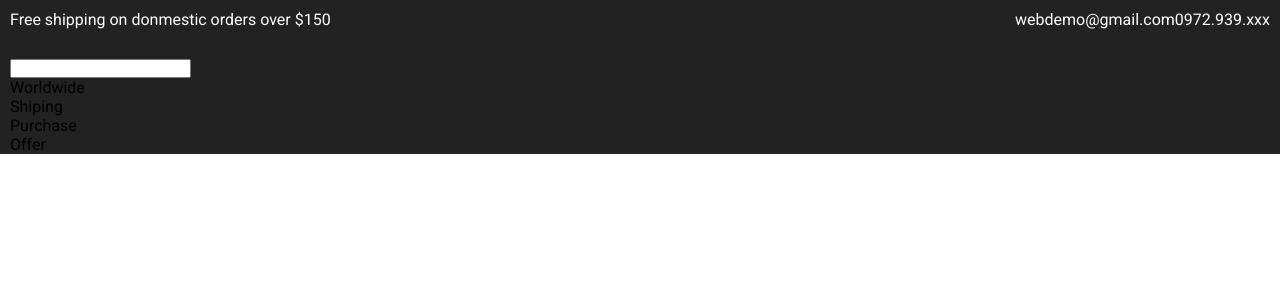
Repository: ldminh95/demo01
Page: index.html
These files come from the project's save history. The page is drawn as it stood at one moment and after a run of saves; the edit follows.
The browser window is 1280 px wide. The pictures show the whole page.

Above is the page before, as saved 2023-09-09 15:52:41.

After the next 2 saves:
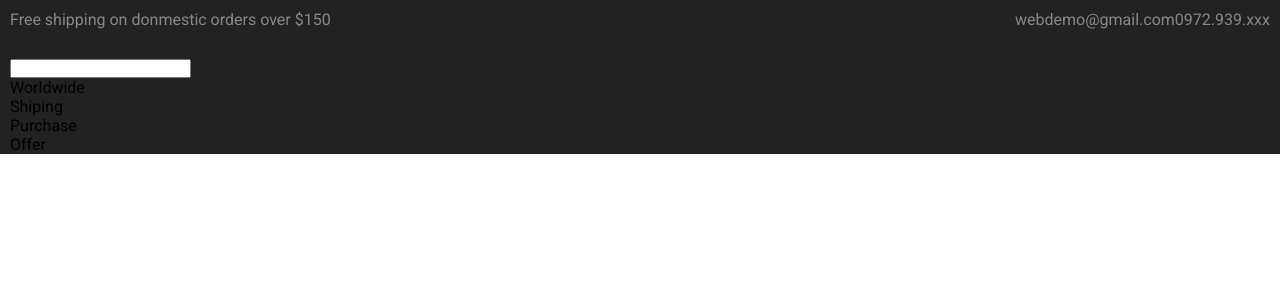
The 2 saves are shown as one change because they came seconds apart.
The last was saved 15 s later.
--- a/style.css
+++ b/style.css
@@ -26,5 +26,5 @@
     display: flex;
 }
 .header_info p {
-    color: #fff;
+    color: #888888;
 }
